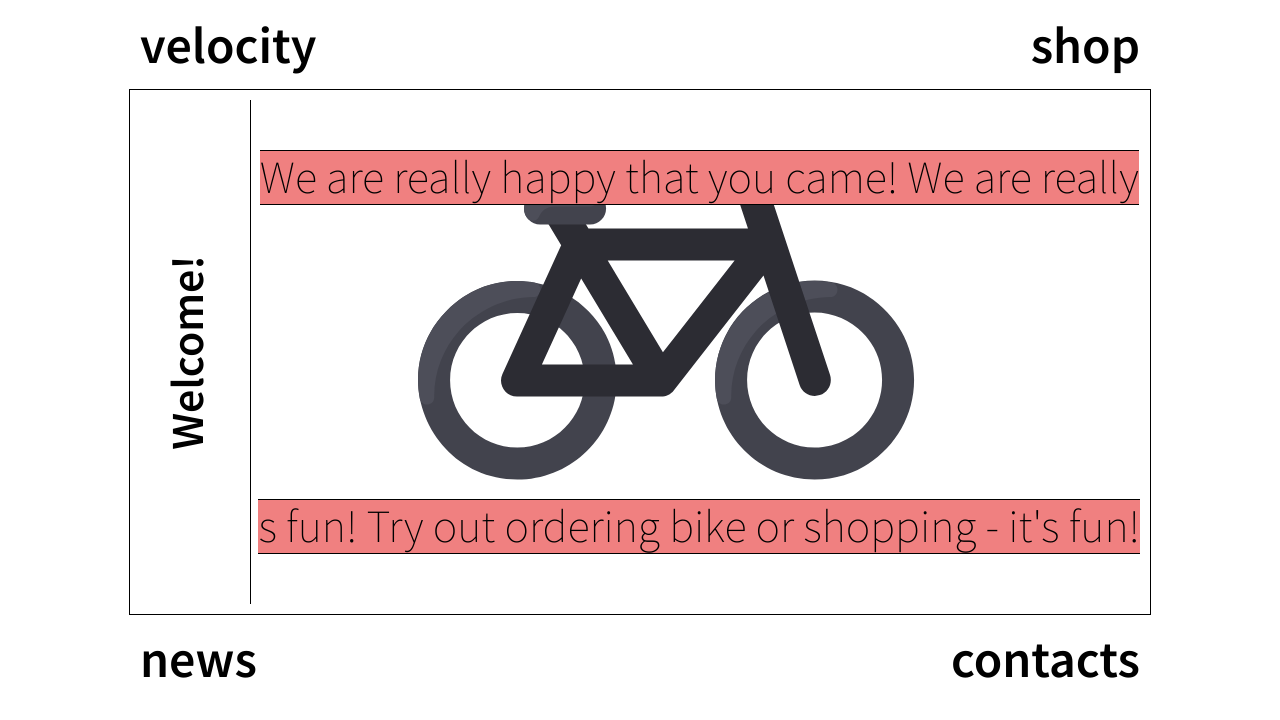
Repository: RobinKite/DG-Essentials-1-Alex-Bird.Kite
Page: index.html
These files come from the project's save history. The page is drawn as it stood at one moment and after the next save; the edit follows.
The browser window is 1280 px wide. The pictures show the whole page.

Above is the page before, as saved 2020-09-08 08:46:20.

After the next save:
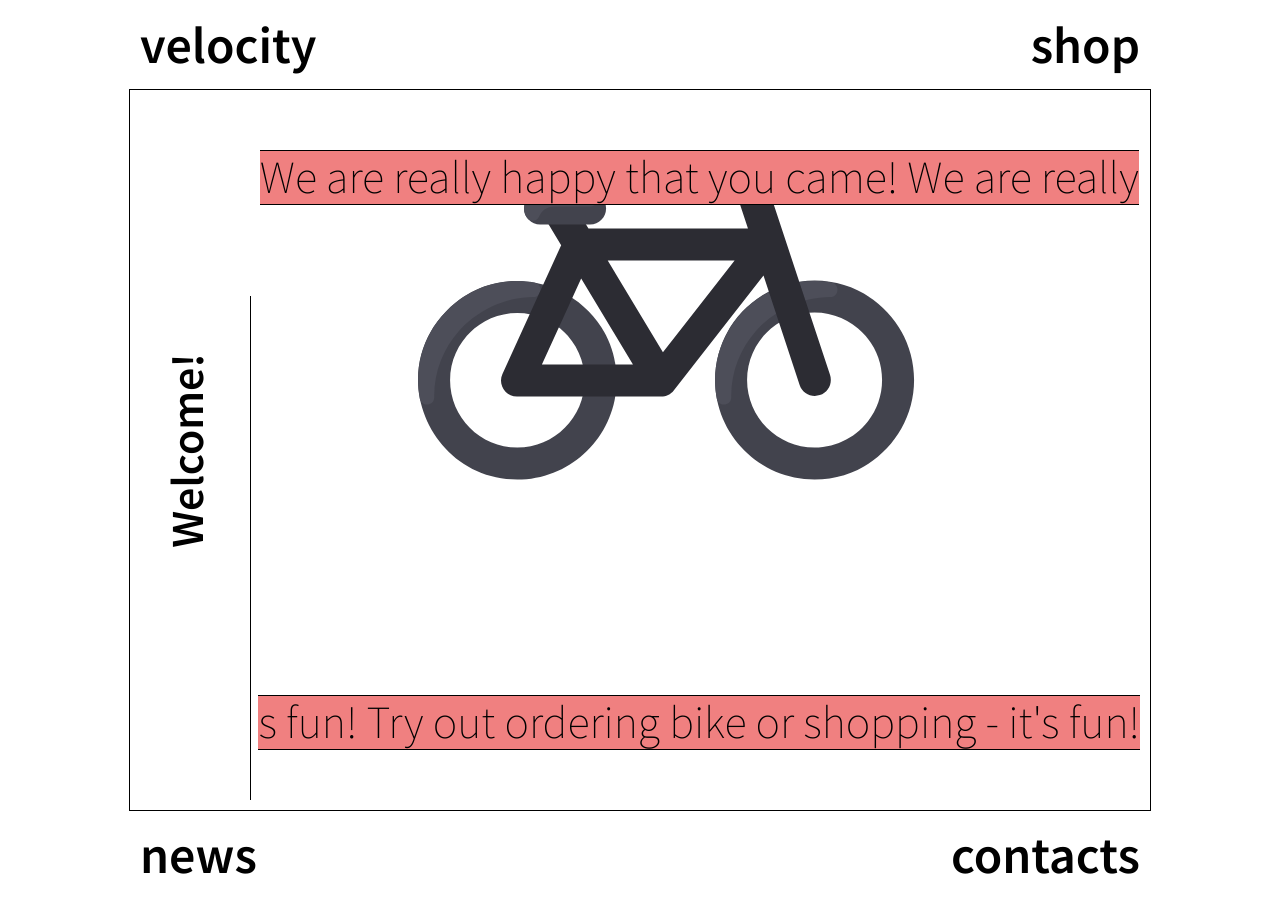
Saved 11 h 41 min later.
--- a/css/style.css
+++ b/css/style.css
@@ -176,7 +176,7 @@ footer {
 
 .container {
     position: relative;
-    height: 70vh;
+    height: 700px;
     display: flex;
     font-size: 46px;
     font-weight: 600;
